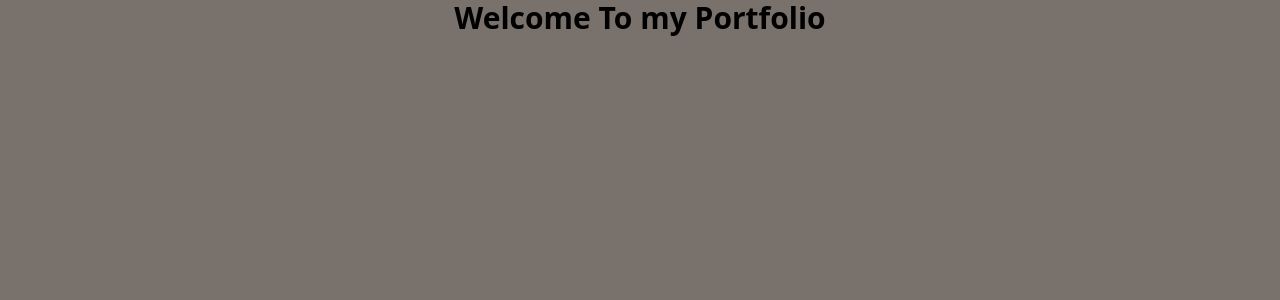
Repository: abhaysharma20233009/portfolio
Page: /
The author's editor kept a copy of each file at every save. The page is drawn from the files as they stood at one save, then again after the next save.
The browser window is 1280 px wide. The pictures show the whole page.
The project was rebuilt for these pictures with package versions that can differ from the ones it lists, and the page was loaded fresh each time. Also part of the build but not shown: vite.config.js, src/App.css.

Above is the page before, as saved 2025-05-20 17:07:05.

### src/App.jsx
import { useState } from 'react'

import './App.css'

function App() {
  const [count, setCount] = useState(0)

  return (
    <>
     <div className="h-screen w-full text-3xl bg-stone-500">
  <h1 className='text-center text-shadow-fuchsia-600 text-blue-950 text-3xl mix-blend-color-burn font-bold'>Welcome To my Portfolio</h1>
        </div>

    </>
  )
}

export default App

Loaded but not shown: index.html (common file); src/main.jsx (common file); src/index.css (common file)

After the next save:
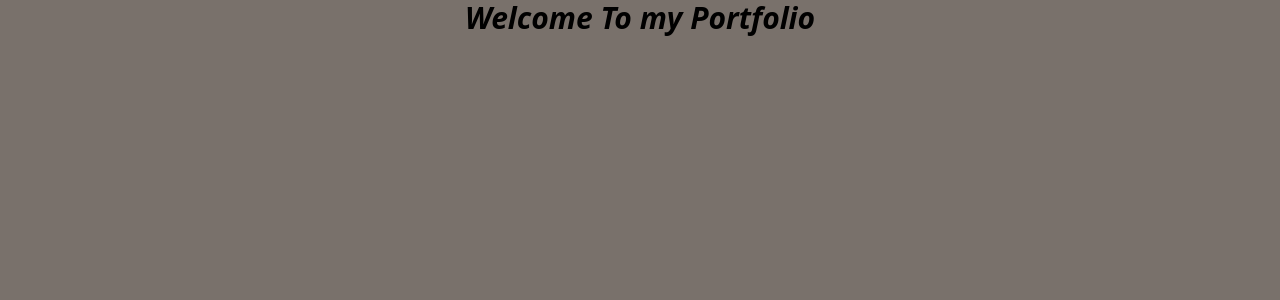
Saved 8 s later.
--- a/src/App.jsx
+++ b/src/App.jsx
@@ -8,7 +8,7 @@ function App() {
   return (
     <>
      <div className="h-screen w-full text-3xl bg-stone-500">
-  <h1 className='text-center text-shadow-fuchsia-600 text-blue-950 text-3xl mix-blend-color-burn font-bold'>Welcome To my Portfolio</h1>
+  <h1 className='text-center text-shadow-fuchsia-600 text-blue-950 text-3xl mix-blend-color-burn font-bold italic '>Welcome To my Portfolio</h1>
         </div>
 
     </>
